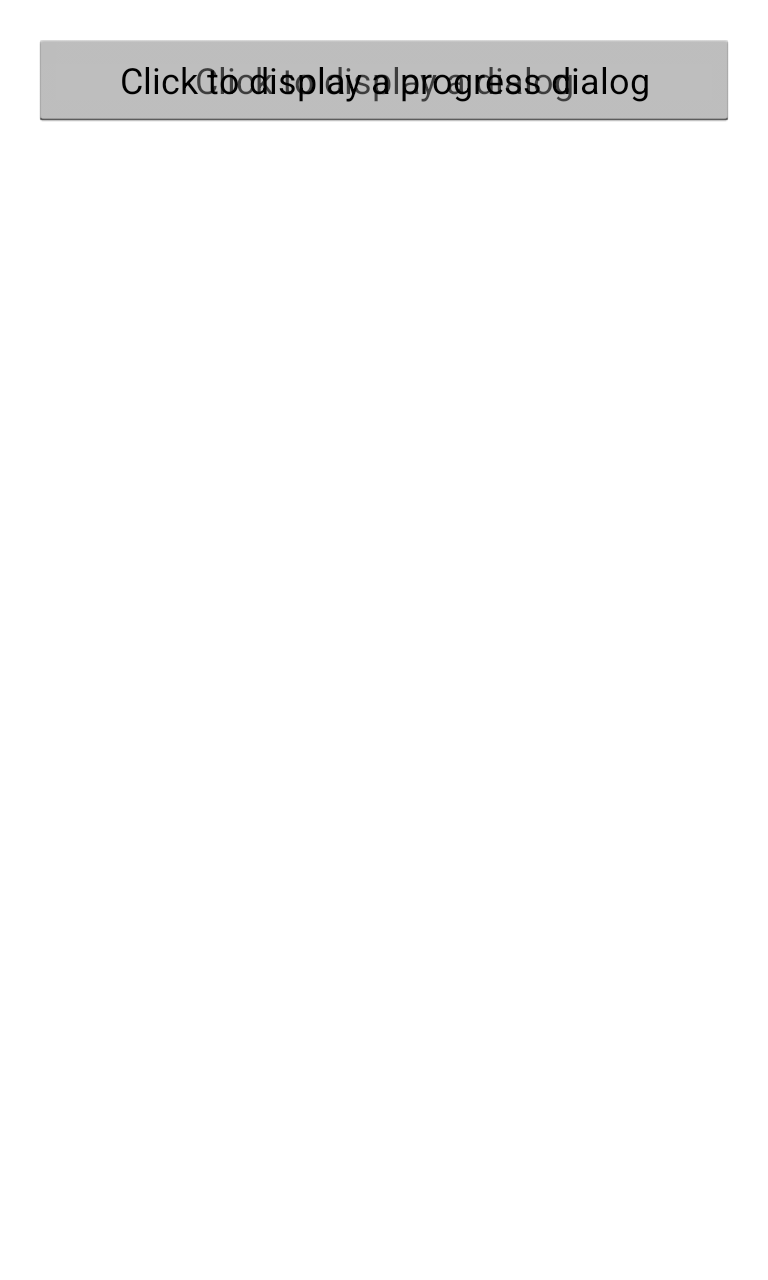
Repository: nyakeh/Android
Layout: Activity101/res/layout/activity_main.xml
An editor plug-in stored every save of this project. The layout is shown before and after the next save, followed by the edit.
It is drawn on a 768 x 1280 px phone screen (xhdpi) without system bars, with theme AppTheme; the app's code is not run.

Above is the layout before, as saved 2013-08-14 12:05:07.

After the next save:
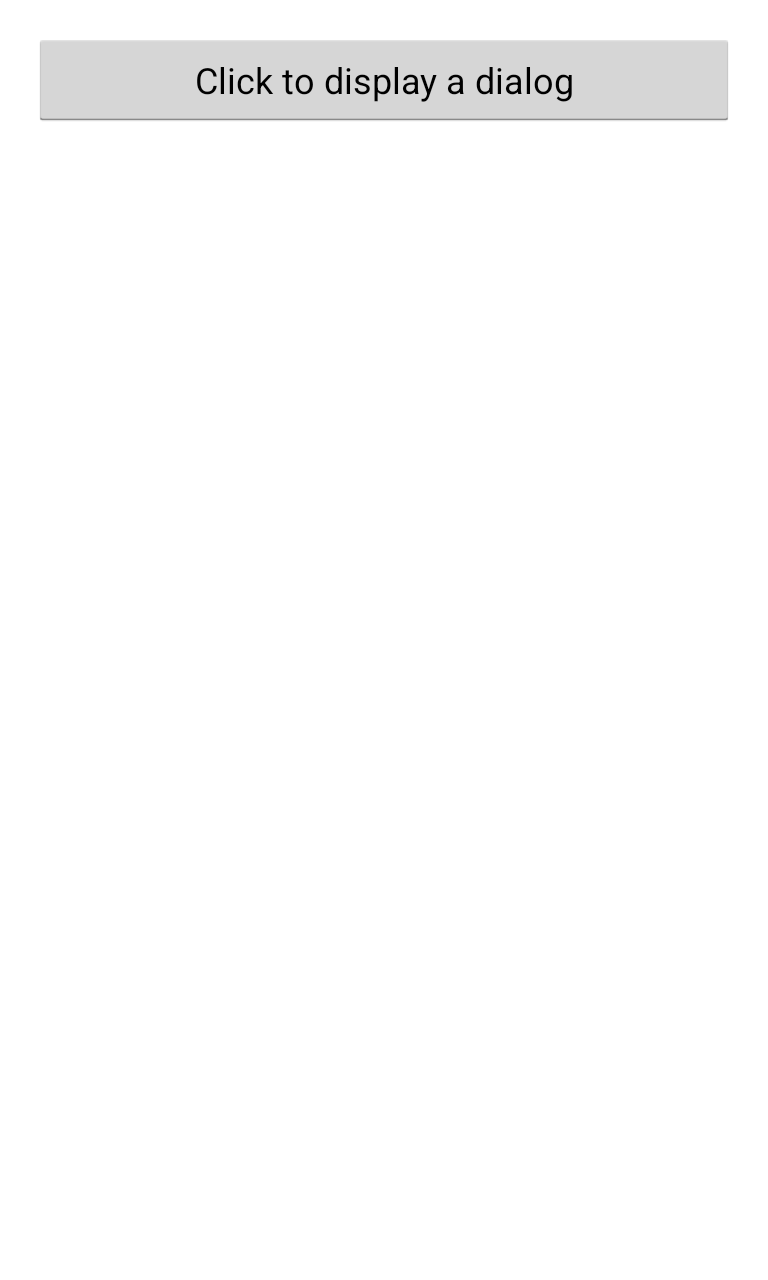
Saved 2 min 0 s later.
--- a/Activity101/res/layout/activity_main.xml
+++ b/Activity101/res/layout/activity_main.xml
@@ -16,11 +16,5 @@
 		android:onClick="onClick"
 	/>
 
-    <Button
-		android:id="@+id/btn_dialog2"
-		android:layout_width="fill_parent"
-		android:layout_height="wrap_content"
-		android:text="Click to display a progress dialog"
-		android:onClick="onClick2" />
 
 </RelativeLayout>

After the save that followed:
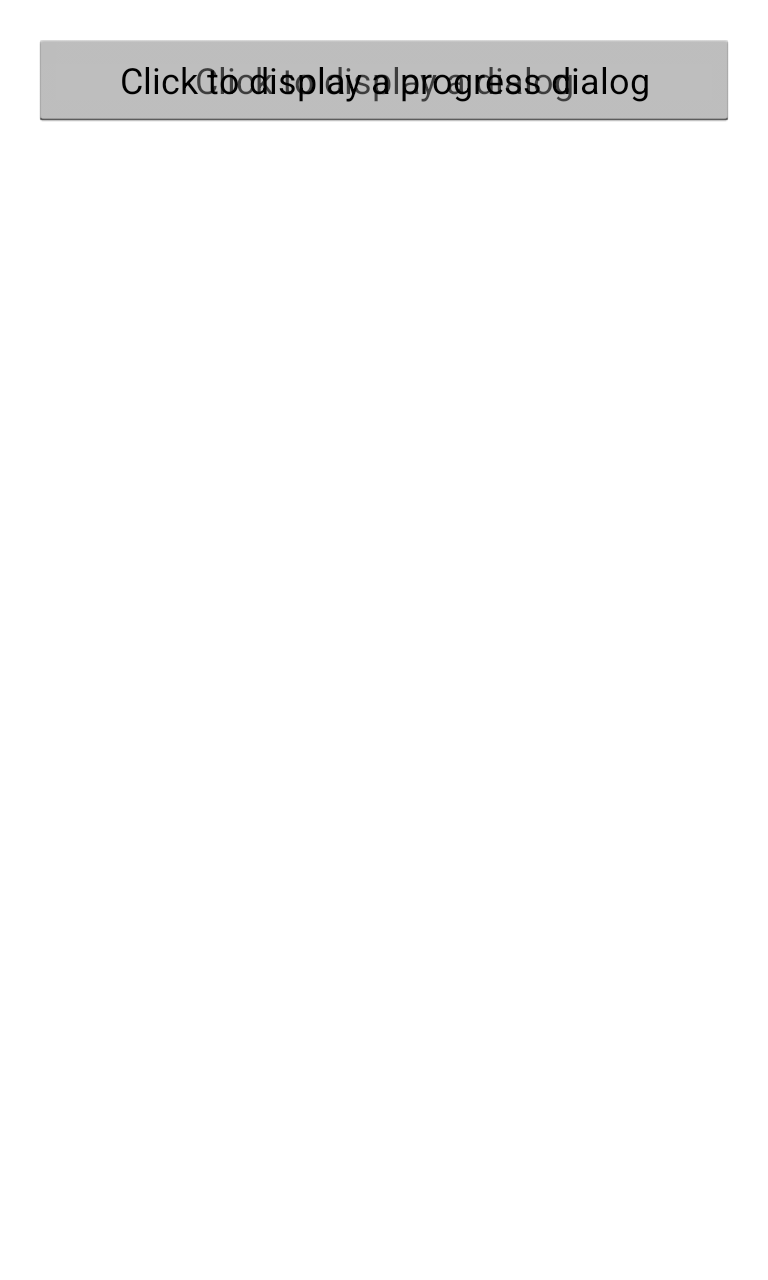
Saved 9 min 10 s later.
--- a/Activity101/res/layout/activity_main.xml
+++ b/Activity101/res/layout/activity_main.xml
@@ -16,5 +16,11 @@
 		android:onClick="onClick"
 	/>
 
+    <Button
+		android:id="@+id/btn_dialog2"
+		android:layout_width="fill_parent"
+		android:layout_height="wrap_content"
+		android:text="Click to display a progress dialog"
+		android:onClick="onClick2" />
 
 </RelativeLayout>
